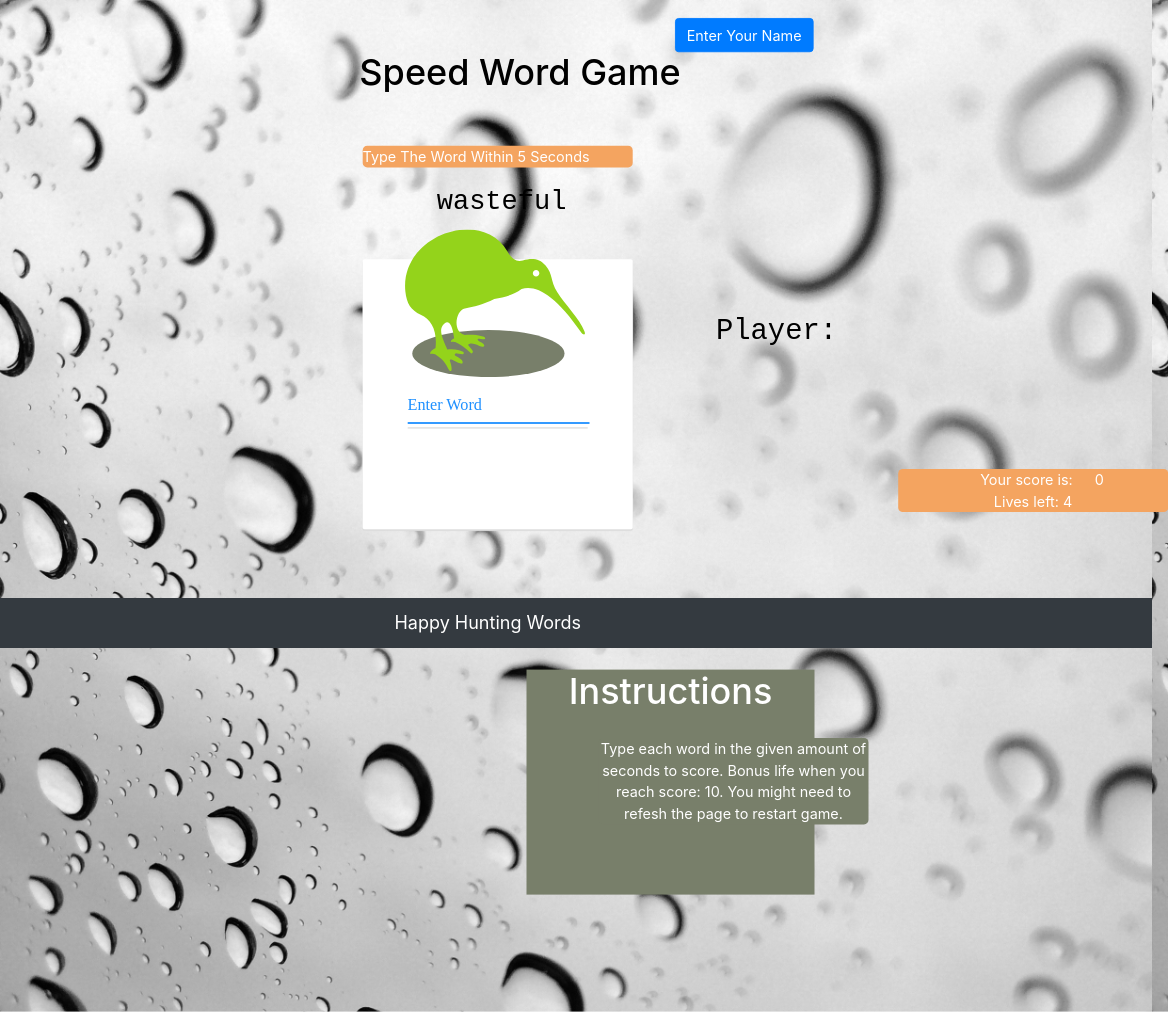
Repository: konstantin0s/word-game-project
Page: modal.html
These files come from the project's save history. The page is drawn as it stood at one moment and after the next save; the edit follows.
The browser window is 1280 px wide. The page is 1298 px wide, so the pictures cover 1298 px, including what lies to the right of the window. The pictures show the whole page, at 90% of full size.
Backgrounds fixed to the window are drawn as part of the page. Some web libraries are served in a nearby version.

Above is the page before, as saved 2019-02-14 09:24:22.

After the next save:
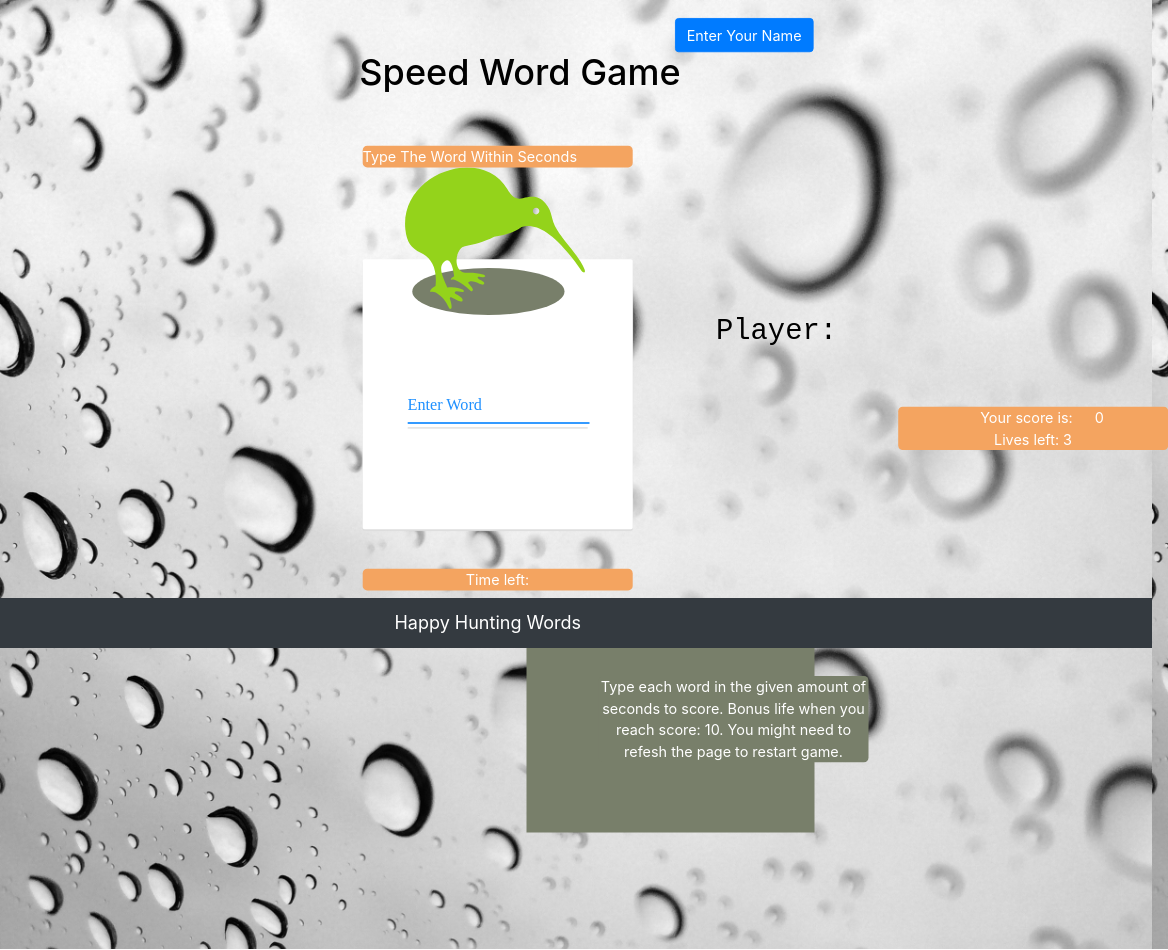
Console error: ReferenceError: input is not defined
Saved 6 min 6 s later.
--- a/js/main.js
+++ b/js/main.js
@@ -38,6 +38,12 @@
     }, 5000);
     timer();
 }
+
+input.addEventListener('keyup',function(e){
+  if (e.keyCode === 13) {
+  alert('hi');
+}
+});
 
   var wordsLevel1 = [
     "clever", "amongst", "implementing", "intelectual", "sensual", "amazing", "beautify", "project", "tall",

After the 2 saves that followed:
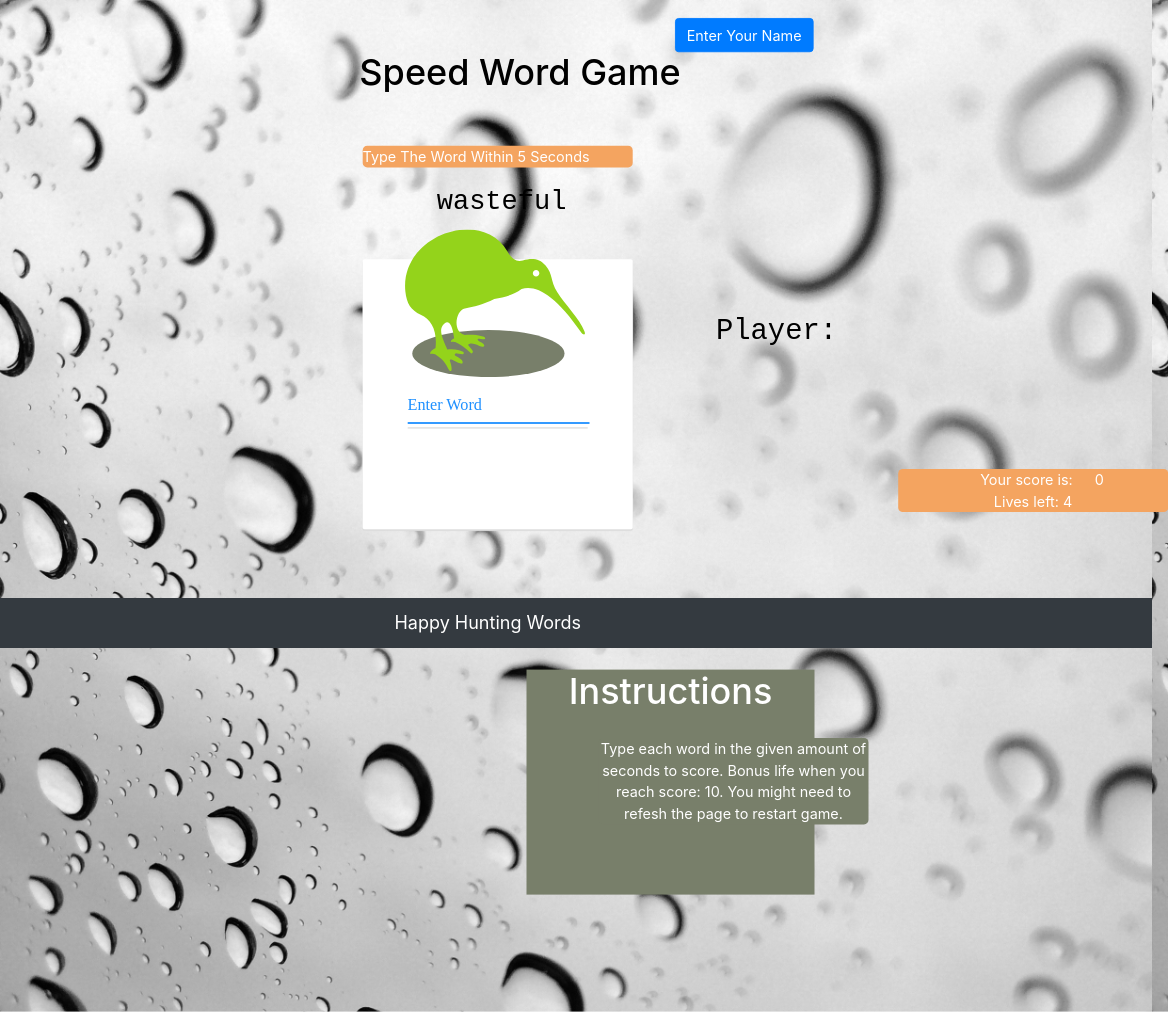
The error is gone.
The 2 saves are shown as one change because 1 left the picture as it was.
The last was saved 95 s later.
--- a/js/main.js
+++ b/js/main.js
@@ -39,8 +39,10 @@
     timer();
 }
 
+var input = document.getElementById("inputWord");
+
 input.addEventListener('keyup',function(e){
-  if (e.keyCode === 13) {
+  if (e.keyCode == 13) {
   alert('hi');
 }
 });
